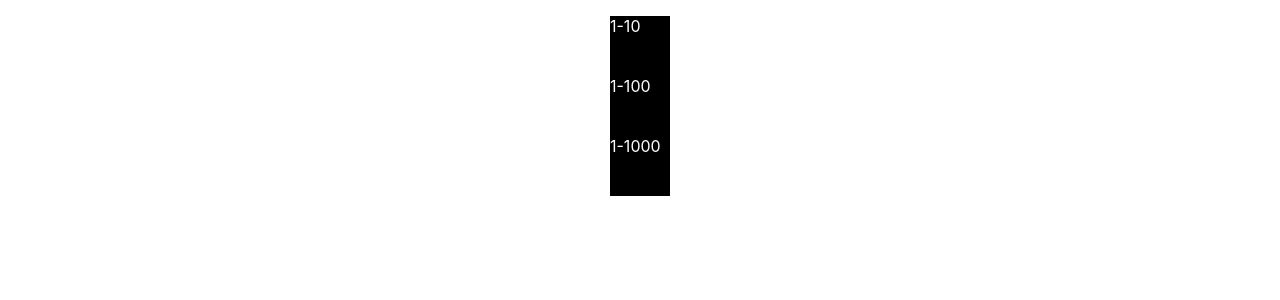
Repository: michalgornicki/number-generator
Page: /
An editor plug-in stored every save of this project. The page is shown before and after the next save, followed by the edit.
The browser window is 1280 px wide. The pictures show the whole page.
The project was rebuilt for these pictures with package versions that can differ from the ones it lists, and the page was loaded fresh each time.

Above is the page before, as saved 2021-12-03 13:35:39.

After the next save:
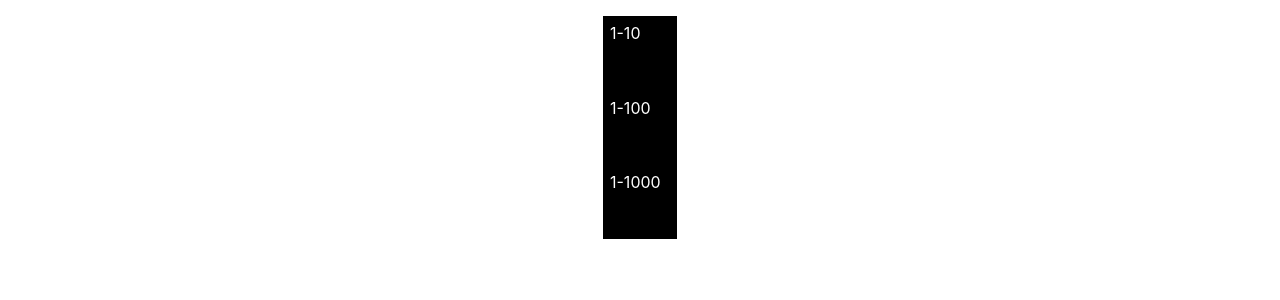
Saved 12 s later.
--- a/src/App.css
+++ b/src/App.css
@@ -5,6 +5,7 @@
     height: 60px;
     background-color: black;
     color: white;
+    padding: 1vmin;
 }
 
 .map{
